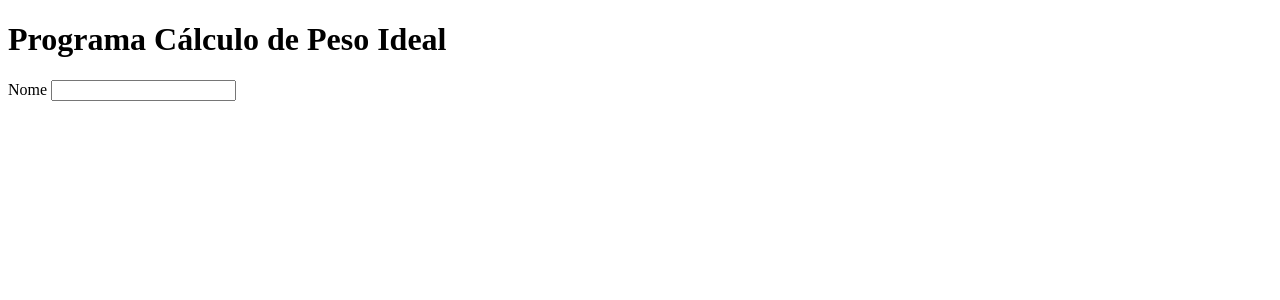
Repository: JhonMercedes/Javascript-book
Page: cap3/ex3_2.html
An editor plug-in stored every save of this project. The page is shown before and after the next save, followed by the edit.
The browser window is 1280 px wide. The pictures show the whole page.

Above is the page before, as saved 2021-12-11 23:23:28.

### cap3/ex3_2.html
<!DOCTYPE html>
<html lang="en">
<head>
    <meta charset="UTF-8">
    <meta http-equiv="X-UA-Compatible" content="IE=edge">
    <meta name="viewport" content="width=device-width, initial-scale=1.0">
    <title>Exemplo 3.2</title>
</head>
<body>

    <h1>Programa Cálculo de Peso Ideal</h1>
    <p>Nome
        <input type="text" id="inNome">
    </p>

</body>
</html>

After the next save:
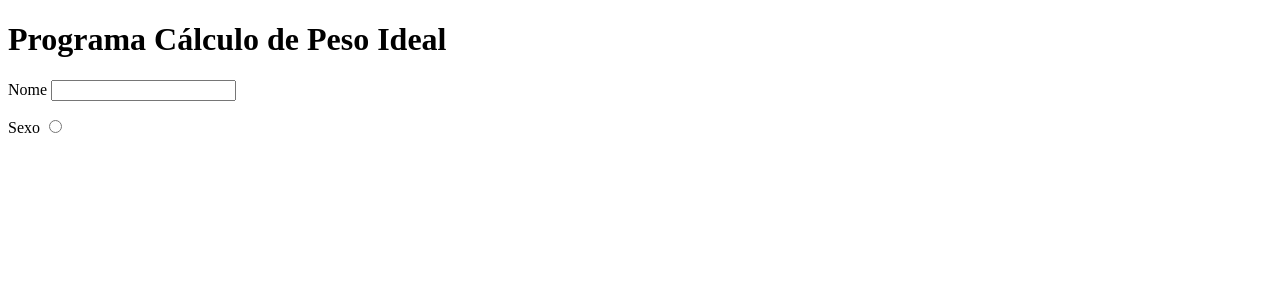
Saved 31 s later.
--- a/cap3/ex3_2.html
+++ b/cap3/ex3_2.html
@@ -12,6 +12,9 @@
     <p>Nome
         <input type="text" id="inNome">
     </p>
+    <p>Sexo
+        <input type="radio" name="inSexo" id="">
+    </p>
 
 </body>
 </html>
